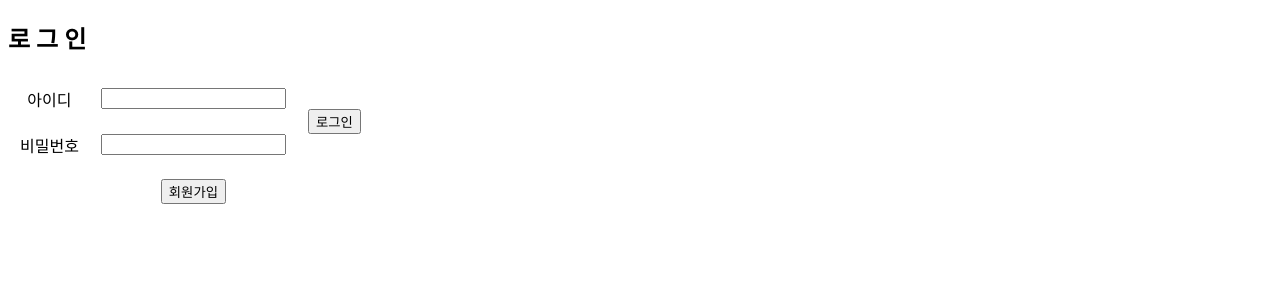
Repository: 1plus1equals3-true/Board-temp
Page: http://localhost/jsp/member/Login.jsp
The author's editor kept a copy of each file at every save. The page is drawn from the files as they stood at one save, then again after the next save.
The browser window is 1280 px wide. The pictures show the whole page.
The page is served by Tomcat 9.

Above is the page before, as saved 2025-09-09 00:37:16.

After the next save:
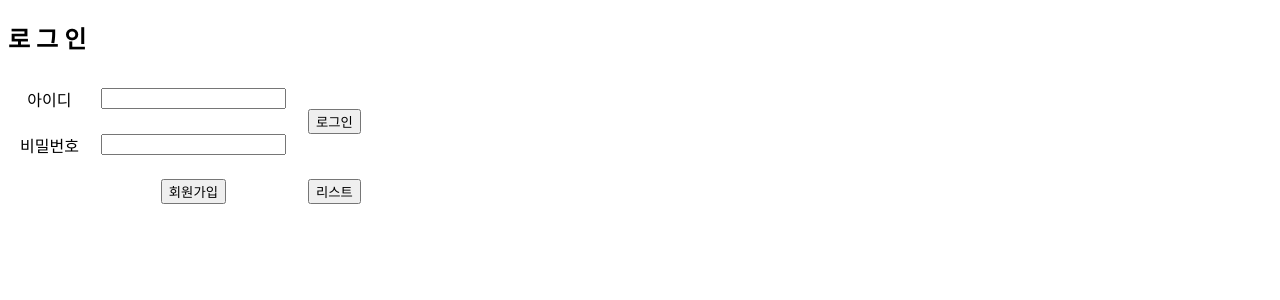
Saved 29 s later.
--- a/jsp/src/main/webapp/member/Login.jsp
+++ b/jsp/src/main/webapp/member/Login.jsp
@@ -43,7 +43,7 @@ text-align: center;
 		<tr>
 		<td></td>
 		<td><a href="Join.jsp"><button type="button">회원가입</button></a></td>
-		<td></td>
+		<td><a href="List.jsp"><button type="button">리스트</button></a></td>
 		</tr>
 
 		</table>
